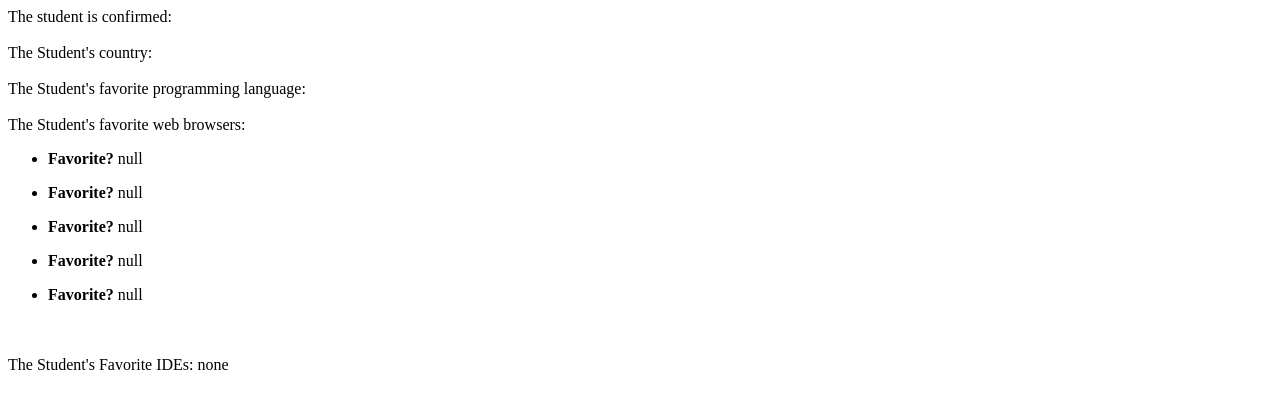
Repository: PNSVN3035/excelr-evening-full-stack
Page: http://localhost/02-reading-html-data-with-jsp/04-student-checkbox-response.jsp
These files come from the project's save history. The page is drawn as it stood at one moment and after the next save; the edit follows.
The browser window is 1280 px wide. The pictures show the whole page.
The page is served by Tomcat 9.

Above is the page before, as saved 2024-05-19 01:16:47.

After the next save:
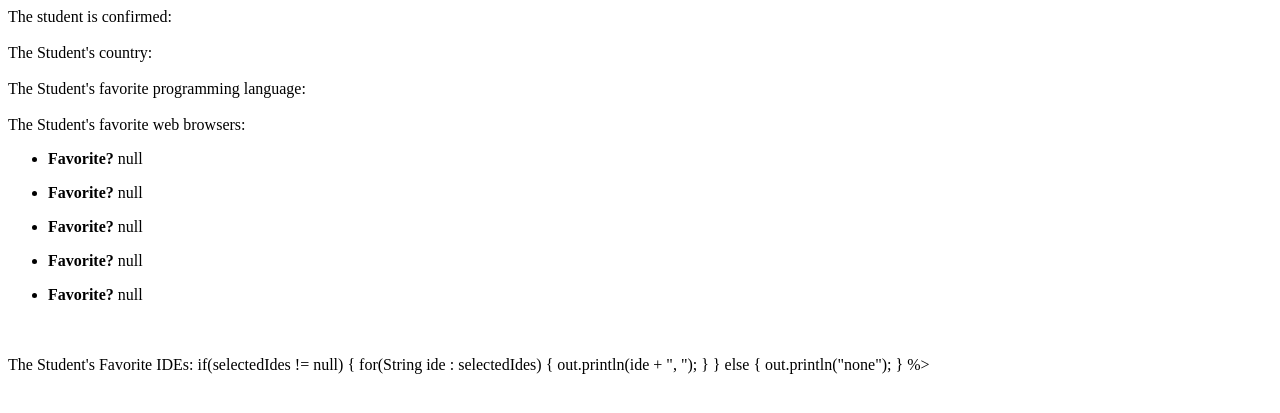
Saved 2 min 56 s later.
--- a/ExcelREvening/Backend/servlets/03-JSPsOnIDE/02-reading-html-data-with-jsp/src/main/webapp/04-student-checkbox-response.jsp
+++ b/ExcelREvening/Backend/servlets/03-JSPsOnIDE/02-reading-html-data-with-jsp/src/main/webapp/04-student-checkbox-response.jsp
@@ -33,7 +33,7 @@
 		</ul>
 		<br/><br/>
 		The Student's Favorite IDEs:
-		<% String[] selectedIdes = request.getParameterValues("ide");
+		<% String[] selectedIdes = request.getParameterValues("ide");%>
 			if(selectedIdes != null)
 			{
 				for(String ide : selectedIdes)
